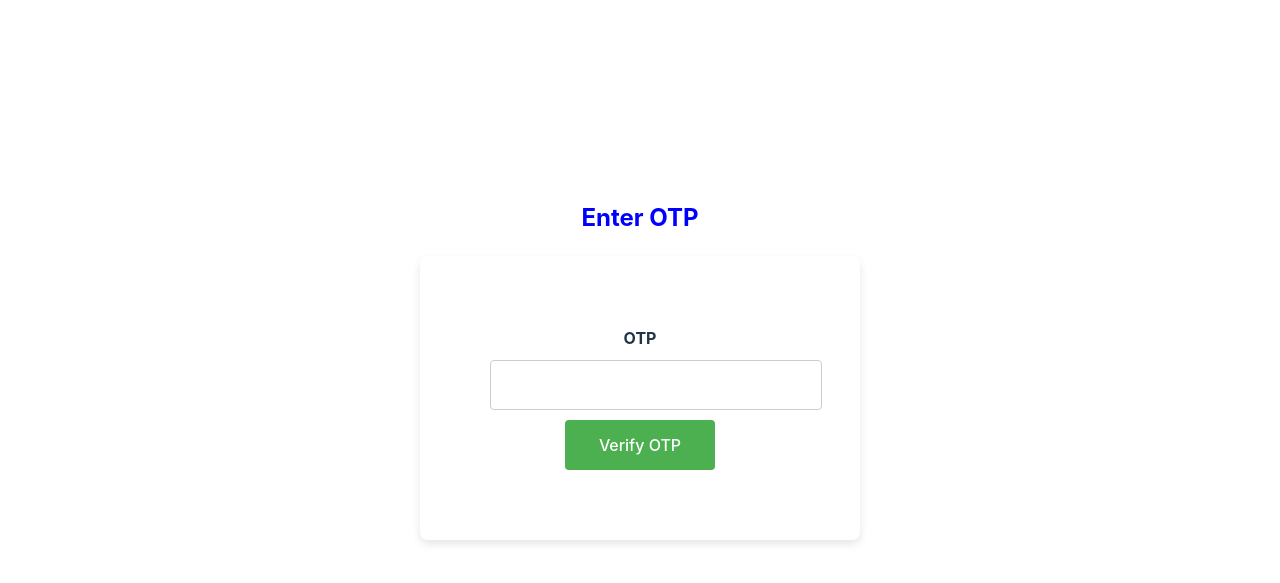
Repository: sarathraj2002/MockTest
Page: /check (app in Frontend/)
These files come from the project's save history. The page is drawn as it stood at one moment and after a run of saves; the edit follows.
The browser window is 1280 px wide. The pictures show the whole page.
The project was rebuilt for these pictures with package versions that can differ from the ones it lists, and the page was loaded fresh each time. Also part of the build but not shown: Frontend/vite.config.js, Frontend/src/components/Otp.jsx, Frontend/src/components/Home.jsx.

Above is the page before, as saved 2024-11-13 17:20:58.

### Frontend/index.html
<!doctype html>
<html lang="en">
  <head>
    <meta charset="UTF-8" />
    <link rel="icon" type="image/svg+xml" href="/vite.svg" />
    <meta name="viewport" content="width=device-width, initial-scale=1.0" />
    <title>MockTest</title>
  </head>
  <body>
    <div id="root"></div>
    <script type="module" src="/src/main.jsx"></script>
  </body>
</html>

### Frontend/src/main.jsx
import { StrictMode } from 'react'
import { createRoot } from 'react-dom/client'
import App from './App.jsx'
import './index.css'
import { BrowserRouter } from 'react-router-dom'


createRoot(document.getElementById('root')).render(
  <StrictMode>
     <BrowserRouter>
    <App />
    </BrowserRouter>
  </StrictMode>,
)

### Frontend/src/App.jsx
import { useState } from 'react'
import './App.css'
import Otp from './components/Otp'
import { Home } from './components/Home'
import { Route,Routes,useNavigate } from 'react-router-dom'
import Mail from './components/Mail'

function App() {
  const [email, setEmail] = useState('');
  const navigate = useNavigate();
  const handleEmailSubmit=(email)=>{
    setEmail(email);
    navigate('/check');
  }


  return (
    <>
    <Routes>
      <Route path='/' element={<Otp onEmailSubmit={handleEmailSubmit}/>}></Route>
      <Route path='/check' element={<Mail/>}></Route>
      <Route path='/home' element={<Home/>}></Route>
    </Routes>
    </>
  )
}

export default App

### Frontend/src/components/Mail.jsx
import React, { useState } from 'react';
import axios from 'axios';
import { useNavigate } from 'react-router-dom';

function OTPForm({ email, onOTPVerify }) {
  const [otp, setOtp] = useState('');
  const [errorMessage, setErrorMessage] = useState('');
  const navigate = useNavigate();

  const handleSubmit = async (e) => {
    e.preventDefault();

    try {
      const response = await axios.post('http://localhost:5000/api/verify-otp', {
        otp
      });
      const data = response.data;

      if (data.valid) {
        navigate('/home');
      } else {
        setErrorMessage(data.message || 'Invalid OTP. Please try again.');
      }
    } catch (error) {
      console.error('Error verifying OTP:', error);
      setErrorMessage('An error occurred while verifying OTP.');
    }
  };

  const formStyle = {
    width: '300px',
    margin: '0 auto',
    padding: '70px',
    backgroundColor: '',
    borderRadius: '8px',
    boxShadow: '0 4px 8px rgba(0, 0, 0, 0.1)',
  };

  const inputStyle = {
    width: '100%',
    padding: '15px',
    margin: '10px 0',
    borderRadius: '4px',
    border: '1px solid #ccc',
    fontSize: '16px',
  };

  const buttonStyle = {
    width: '50%',
    padding: '15px',

    backgroundColor: '#4CAF50',
    color: 'white',
    fontSize: '16px',
    border: 'none',
    borderRadius: '4px',
    cursor: 'pointer',
  };

  const buttonHoverStyle = {
    backgroundColor: '#45a049',
  };

  const errorMessageStyle = {
    color: 'red',
    marginTop: '10px',
    textAlign: 'center',
  };

  return (
    <div style={{ padding: '50px 20px', textAlign: 'center' }}>
      <h2 style={{ marginBottom: '20px',color:'blue' }}>Enter OTP</h2>
      <form onSubmit={handleSubmit} style={formStyle}>
        <label style={{ fontSize: '16px', fontWeight: 'bold', marginBottom: '10px' }}>OTP</label>
        <input
          type="text"
          value={otp}
          onChange={(e) => setOtp(e.target.value)}
          required
          maxLength="4"
          style={inputStyle}
        />
        <button type="submit" style={buttonStyle} onMouseEnter={(e) => e.target.style.backgroundColor = buttonHoverStyle.backgroundColor} onMouseLeave={(e) => e.target.style.backgroundColor = buttonStyle.backgroundColor}>
          Verify OTP
        </button>
      </form>
      {errorMessage && <p style={errorMessageStyle}>{errorMessage}</p>}
    </div>
  );
}

export default OTPForm;

Loaded but not shown: Frontend/src/index.css (common file); Frontend/src/App.css (common file)

After the next 2 saves:
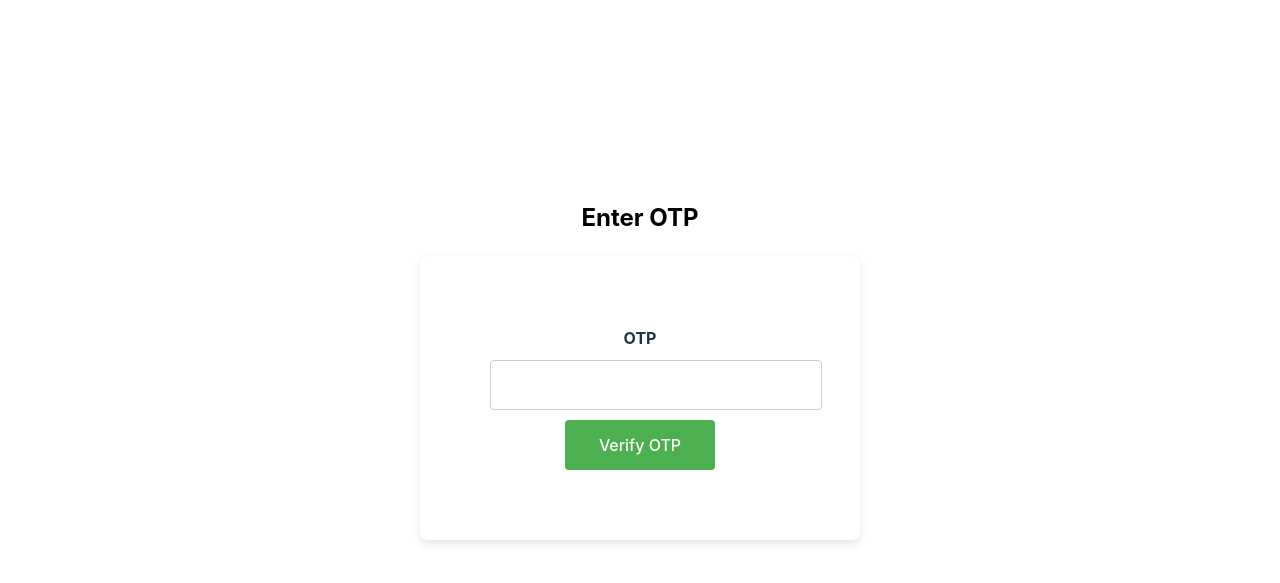
The 2 saves are shown as one change because they came seconds apart.
The last was saved 10 s later.
--- a/Frontend/src/components/Mail.jsx
+++ b/Frontend/src/components/Mail.jsx
@@ -69,7 +69,7 @@ function OTPForm({ email, onOTPVerify }) {
 
   return (
     <div style={{ padding: '50px 20px', textAlign: 'center' }}>
-      <h2 style={{ marginBottom: '20px',color:'blue' }}>Enter OTP</h2>
+      <h2 style={{ marginBottom: '20px',color:'black' }}>Enter OTP</h2>
       <form onSubmit={handleSubmit} style={formStyle}>
         <label style={{ fontSize: '16px', fontWeight: 'bold', marginBottom: '10px' }}>OTP</label>
         <input
